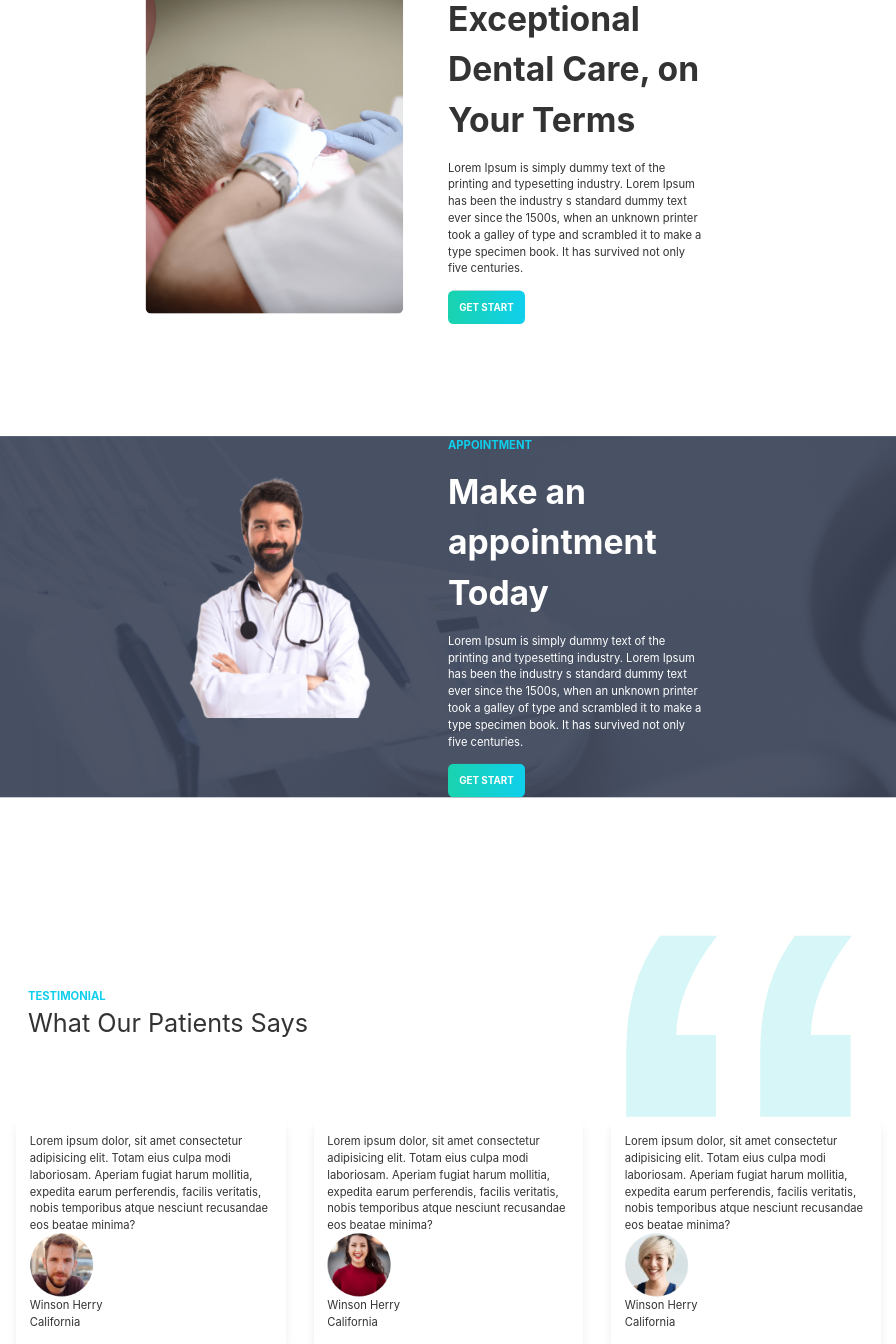
Repository: shikubro90/doctorsportal
Page: /
The author's editor kept a copy of each file at every save. The page is drawn from the files as they stood at one save, then again after the next save.
The browser window is 1280 px wide. The pictures show the part of the page from y = 1820 to 3740 px (the page is 3740 px tall), at 70% of full size.
The project was rebuilt for these pictures with package versions that can differ from the ones it lists, and the page was loaded fresh each time. Also part of the build but not shown: src/App.css, src/Pages/About/About.jsx.

Above is the page before, as saved 2022-10-02 10:06:08.

### src/App.js
import { Route, Routes } from 'react-router-dom';
import './App.css';
import About from './Pages/About/About';
import Home from './Pages/Home/Home';
import Navbar from './Shared/Navbar';

function App() {
  return (
    <div className="App">
      <Navbar/>
      <Routes>
        <Route path='/' element={<Home/>}/>
        <Route path='/home' element={<Home/>}/>
        <Route path='/about' element={<About/>}/>
      </Routes>
    </div>
  );
}

export default App;

### src/Pages/Home/Home.jsx
import React from 'react'
import AppointmentSection from './AppointmentSection'
import Banner from './Banner'
import BasicInfo from './BasicInfo'
import ServiceSection from './ServiceSection'
import TestimonialSection from './TestimonialSection'

const Home = () => {
  return (
    <div>
      <Banner />
      <BasicInfo/>
      <ServiceSection/>
      <AppointmentSection/>
      <TestimonialSection/>
    </div>
  )
}

export default Home

### src/Shared/Navbar.jsx
import React from 'react'
import { Link } from 'react-router-dom'

const Navbar = () => {
  return (
    <div className="px-20">
      <div className="navbar bg-base-100">
        <div className="navbar-start">
          <div className="dropdown">
            <label tabIndex={0} className="btn btn-ghost lg:hidden">
              <svg
                xmlns="http://www.w3.org/2000/svg"
                className="h-5 w-5"
                fill="none"
                viewBox="0 0 24 24"
                stroke="currentColor"
              >
                <path
                  strokeLinecap="round"
                  strokeLinejoin="round"
                  strokeWidth="2"
                  d="M4 6h16M4 12h8m-8 6h16"
                />
              </svg>
            </label>
            <ul
              tabIndex={0}
              className="menu menu-compact dropdown-content mt-3 p-2 shadow bg-base-100 rounded-box w-52"
            >
              <li>
                <Link to="/home">Home</Link>
              </li>
              <li>
                <Link to="/about">About</Link>
              </li>
              <li>
                <Link to="/appointment">Appointment</Link>
              </li>
              <li>
                <Link to="/review">Reviews</Link>
              </li>
              <li>
                <Link to="/contact">Contact Us</Link>
              </li>
              <li>
                <Link to="/contact">Login</Link>
              </li>
            </ul>
          </div>
          <Link to="/" className='btn btn-ghost normal-case text-xl'>Doctors Portal</Link>
        </div>

        <div className="navbar-center hidden lg:flex">

          <ul className="menu menu-horizontal p-0 pl-20">
            <li>
              <Link to="/home">Home</Link>
            </li>
            <li>
              <Link to="/about">About</Link>
            </li>
            <li>
              <Link to="/appointment">Appointment</Link>
            </li>
            <li>
              <Link to="/review">Reviews</Link>
            </li>
            <li>
              <Link to="/contact">Contact Us</Link>
            </li>
            <li>
              <Link to="/contact">Login</Link>
            </li>
          </ul>

        </div>

      </div>

    </div>
  )
}

export default Navbar

### src/Pages/Home/AppointmentSection.jsx
import React from 'react'
import AppointmentCard from './AppointmentCard'

import { appointment } from '../../assets/resourse/Resourse.js'

const AppointmentSection = () => {
  return (
    <div>
      {appointment.map(
        ({ id, image, title, desc, style, button_text, shortTitle }) => {
          return (
            <AppointmentCard
              key={id}
              image={image}
              title={title}
              desc={desc}
              style={style}
              button_text={button_text}
              shortTitle={shortTitle}
            />
          )
        },
      )}
    </div>
  )
}

export default AppointmentSection

### src/Pages/Home/Banner.jsx
import React from 'react'
import heroImage from '../../assets/images/chair.png'
import ButtonPrimary from '../../Shared/ButtonPrimary'
import bg from '../../assets/images/bg.png'

function Banner() {
  return (
    <div>
      <div
        className="hero min-h-screen"
        style={{ background: `url(${bg})`, backgroundSize: 'cover' }}
      >
        <div className="hero-content flex flex-col lg:flex-row-reverse">
          <img
            src={heroImage}
            className="max-w-lg rounded-lg shadow-2xl"
            alt="bannerImage"
          />
          <div className="px-6">
            <h1 className="text-5xl font-bold uppercase">
              Your New Smile Starts Here
            </h1>
            <p className="py-6 ">
              Provident cupiditate voluptatem et in. Quaerat fugiat ut assumenda
              excepturi exercitationem quasi. In deleniti eaque aut repudiandae
              et a id nisi.
            </p>
            <ButtonPrimary>{'Get Started'}</ButtonPrimary>
          </div>
        </div>
      </div>
    </div>
  )
}

export default Banner

### src/Pages/Home/BasicInfo.jsx
import MiniCard from './MiniCard'
import { miniCard } from '../../assets/resourse/Resourse.js'

const BasicInfo = () => {
  return (
    <div className="flex items-center justify-center gap-5 px-5">
      {miniCard.map(({ id, icon, title, style, disc }) => {
        return (
          <MiniCard
            key={id}
            icon={icon}
            title={title}
            style={style}
            disc={disc}
          />
        )
      })}
    </div>
  )
}

export default BasicInfo

### src/Pages/Home/ServiceSection.jsx
import MiniServiceCard from './MiniServiceCard'
import { serviceMiniCard } from '../../assets/resourse/Resourse'

const ServiceSection = () => {
  return (
    <div className="serviceWrapp pt-40">
      <div className="flex items-center justify-center flex-col">
        <p className="text-primary font-bold uppercase">Our Service</p>
        <h2 className="text-3xl my-5">Service We Provide</h2>
      </div>
      <div className="flex items-center justify-center px-5 gap-5">
        {serviceMiniCard.map(({ id, icon, title, disc, style }) => {
          return (
            <MiniServiceCard
              key={id}
              icon={icon}
              title={title}
              disc={disc}
              style={style}
            />
          )
        })}
      </div>
    </div>
  )
}

export default ServiceSection

### src/Pages/Home/TestimonialSection.jsx
import React from 'react'
import TestimonialCard from './TestimonialCard'
import quote from '../../assets/icons/quote.svg'
import { testimonial } from '../../assets/resourse/Resourse.js'

const TestimonialSection = () => {
  return (
    <div className="testimonial">
      <div className="testimonialWrap">
        <div className="content">
          <div className="header flex items-center justify-between px-10">
            <div className="header_left">
              <div className="shortTitle uppercase text-primary font-bold">
                Testimonial
              </div>
              <div className="text-[36px]">What Our Patients Says</div>
            </div>
            <div className="header_right">
              <img src={quote} alt="quote" />
            </div>
          </div>
          <div className="body flex items-center justify-center gap-10">
            {testimonial.map(({ id, title, image, name, country, desc }) => {
              return (
                <TestimonialCard
                  key={id}
                  title={title}
                  image={image}
                  name={name}
                  country={country}
                  desc={desc}
                />
              )
            })}
          </div>
        </div>
      </div>
    </div>
  )
}

export default TestimonialSection

### src/Pages/Home/AppointmentCard.jsx
import ButtonPrimary from '../../Shared/ButtonPrimary'


const AppointmentCard = (props) => {

  const { image, title, desc, style, button_text, shortTitle } = props

  return (
    <section className={`my-[160px]`} style={{background: `url(${style})`}}>
      <div className={`wrapper flex items-center px-52 ${style}`}>
        <div className="image flex-1">
          <img className={`rounded-lg ${style && "mt-[-60px]"}`} src={image} alt="bannerImage" />
        </div>
        <div className="details flex-1 flex justify-center flex-col px-16 gap-5">
          <div className="shortTitle uppercase text-primary font-bold">{shortTitle}</div>
          <div className={`title font-bold text-[48px] ${style && "text-white"}`}>{title}</div>
          <div className={`desc ${style && "text-white"}`}>{desc}</div>
          <ButtonPrimary>{button_text}</ButtonPrimary>
        </div>
      </div>
    </section>
  )
}

export default AppointmentCard

### src/assets/resourse/Resourse.js
import clock from '../icons/clock.svg'
import marker from '../icons/marker.svg'
import phone from '../icons/phone.svg'

import cavity from '../images/cavity.png'
import fluorid from '../images/fluoride.png'
import whitening from '../images/whitening.png'

import doctor from '../images/doctor-small.png'
import treatment from '../images/treatment.png'

import bgImage from '../images/appointment.png'


import people1 from '../images/people1.png'
import people2 from '../images/people2.png'
import people3 from '../images/people3.png'

export const miniCard = [
  {
    id: 0,
    icon: clock,
    title: 'Opening Hours',
    disc: 'Lorem Ipsum is simply dummy text of the pri',
    style: 'bg-gradient-to-r from-secondary to-primary text-white',
  },

  {
    id: 1,
    icon: marker,
    title: 'Visit our location',
    disc: 'Lorem Ipsum is simply dummy text of the pri',
    style: 'bg-[#3A4256] text-white',
  },

  {
    id: 2,
    icon: phone,
    title: 'Contact us now',
    disc: 'Lorem Ipsum is simply dummy text of the pri',
    style: 'bg-gradient-to-r from-secondary to-primary text-white',
  },
]

export const serviceMiniCard = [
  {
    id: 0,
    icon: cavity,
    title: 'Fluoride Treatment',
    disc:
      'Lorem Ipsum is simply dummy printing and typesetting indust Ipsum has been the',
    style: '',
  },
  {
    id: 1,
    icon: fluorid,
    title: 'Cavity Filling',
    disc:
      'Lorem Ipsum is simply dummy printing and typesetting indust Ipsum has been the',
    style: '',
  },
  {
    id: 2,
    icon: whitening,
    title: 'Teeth Whitening',
    disc:
      'Lorem Ipsum is simply dummy printing and typesetting indust Ipsum has been the',
    style: '',
  },
]

export const appointment = [
  {
    id: 0,
    image: treatment,
    title: 'Exceptional Dental Care, on Your Terms',
    desc:
      'Lorem Ipsum is simply dummy text of the printing and typesetting industry. Lorem Ipsum has been the industry s standard dummy text ever since the 1500s, when an unknown printer took a galley of type and scrambled it to make a type specimen book. It has survived not only five centuries.',
    button_text: 'Get Start',
    style: '',
  },
  {
    id: 1,
    image: doctor,
    shortTitle: 'Appointment',
    title: 'Make an appointment Today',
    desc:
      'Lorem Ipsum is simply dummy text of the printing and typesetting industry. Lorem Ipsum has been the industry s standard dummy text ever since the 1500s, when an unknown printer took a galley of type and scrambled it to make a type specimen book. It has survived not only five centuries.',
    button_text: 'Get Start',
    style: bgImage,
  },
]

export const testimonial = [
    {
        id : 0,
        desc : "Lorem ipsum dolor, sit amet consectetur adipisicing elit. Totam eius culpa modi laboriosam. Aperiam fugiat harum mollitia, expedita earum perferendis, facilis veritatis, nobis temporibus atque nesciunt recusandae eos beatae minima?",
        image : people1,
        name : "Winson Herry",
        country : "California"
    },
    {
        id : 1,
        desc : "Lorem ipsum dolor, sit amet consectetur adipisicing elit. Totam eius culpa modi laboriosam. Aperiam fugiat harum mollitia, expedita earum perferendis, facilis veritatis, nobis temporibus atque nesciunt recusandae eos beatae minima?",
        image : people2,
        name : "Winson Herry",
        country : "California"
    },
    {
        id : 2,
        desc : "Lorem ipsum dolor, sit amet consectetur adipisicing elit. Totam eius culpa modi laboriosam. Aperiam fugiat harum mollitia, expedita earum perferendis, facilis veritatis, nobis temporibus atque nesciunt recusandae eos beatae minima?",
        image : people3,
        name : "Winson Herry",
        country : "California"
    },
]

### src/Shared/ButtonPrimary.jsx
function ButtonPrimary({ children }) {

  return (
    <div>
      <button className={`btn bg-gradient-to-r from-secondary to-primary border-none font-bold text-white`}>
        {children}
      </button>
    </div>
  )
}

export default ButtonPrimary

### src/Pages/Home/MiniCard.jsx
const MiniCard = (props) => {
  const { icon, title, style, disc } = props
  return (
    <div
      className={`card card-side bg-base-100 shadow-xl flex items-center justify-center px-4 ${style}`}
    >
      <div className="">
        <img src={icon} alt="icon" />
      </div>
      <div className="card-body">
        <h2 className="card-title">{title}</h2>
        <p>{disc}</p>
      </div>
    </div>
  )
}

export default MiniCard

### src/Pages/Home/MiniServiceCard.jsx
const MiniServiceCard = (props) => {
  const { icon, title, disc } = props
  return (
    <div className="cardWrapper flex flex-col items-center justify-center p-6 py-20  gap-5 shadow-lg rounded-lg">
      <div className="icon">
        <img src={icon} alt="" />
      </div>
      <div className="title">{title}</div>
      <div className="desc text-center px-16">{disc}</div>
    </div>
  )
}

export default MiniServiceCard

### src/Pages/Home/TestimonialCard.jsx
import React from 'react'

const TestimonialCard = (props) => {
    const {desc,image, name, country} = props
  return (
    <div className='mainCard w-[385px] shadow-lg p-5'>
        <div className="CardBody flex flex-col">
            <div className="desc">
                <p>{desc}</p>
            </div>
            <div className="bio">
                <img src={image} alt="" />
                <div className="info">
                    <h4>{name}</h4>
                    <p>{country}</p>
                </div>
            </div>
        </div>
    </div>
  )
}

export default TestimonialCard

### tailwind.config.js
/** @type {import('tailwindcss').Config} */

module.exports = {
  content: ['./src/**/*.{js,jsx,ts,tsx}'],
  theme: {},
  daisyui: {
    themes: [
      {
        doctorstheme: {
          primary: '#0FCFEC',
          secondary: '#19D3AE',
          accent: '#3A4256',
          neutral: '#3d4451',
          'base-100': '#ffffff',
        },
      },
      'light',
      'cupcake',
    ],
  },
  plugins: [require('daisyui')],
}

Loaded but not shown: public/index.html (common file); src/index.js (common file); src/index.css (common file); src/reportWebVitals.js (common file)

After the next save:
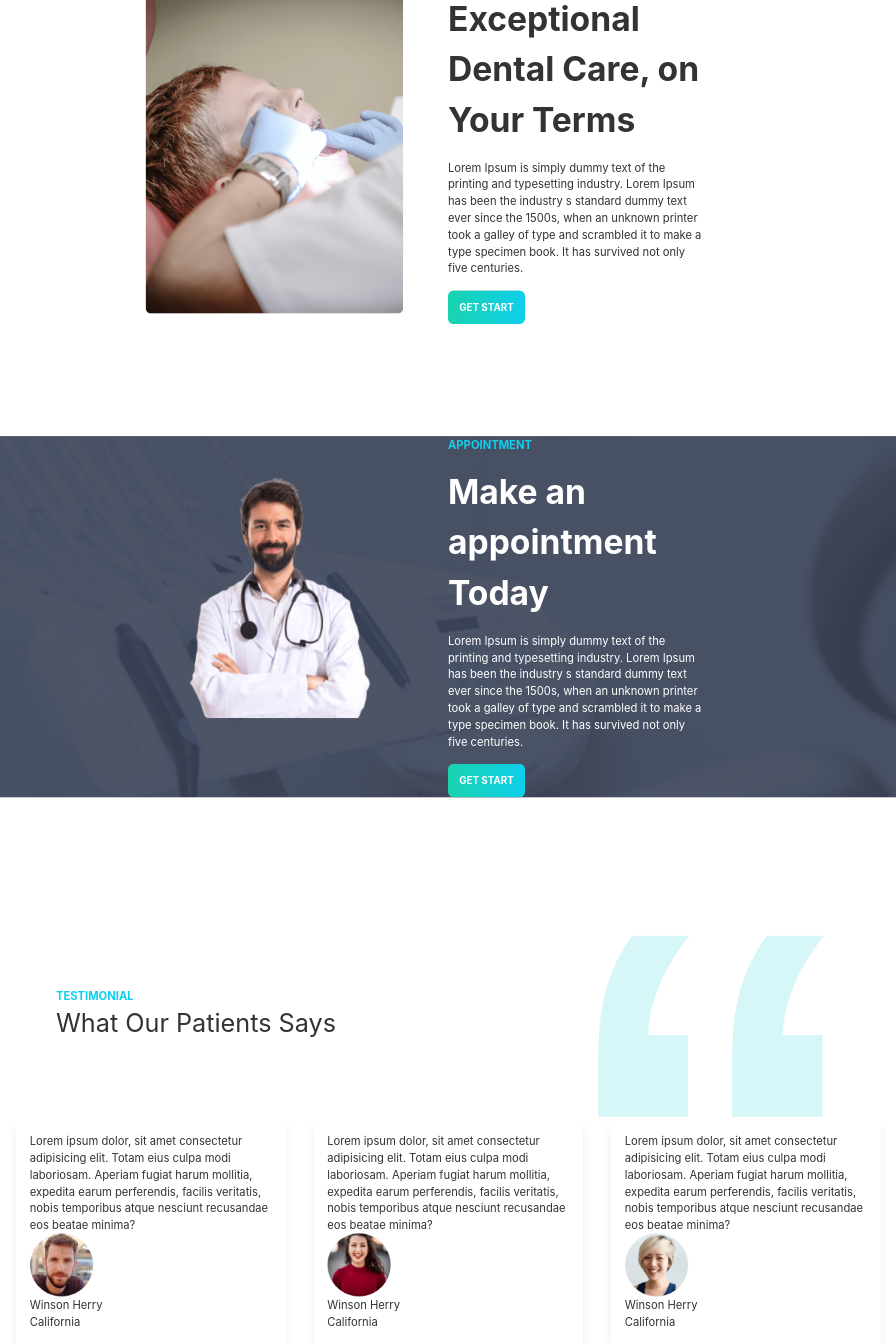
Saved 15 s later.
--- a/src/Pages/Home/TestimonialSection.jsx
+++ b/src/Pages/Home/TestimonialSection.jsx
@@ -8,7 +8,7 @@ const TestimonialSection = () => {
     <div className="testimonial">
       <div className="testimonialWrap">
         <div className="content">
-          <div className="header flex items-center justify-between px-10">
+          <div className="header flex items-center justify-between px-20">
             <div className="header_left">
               <div className="shortTitle uppercase text-primary font-bold">
                 Testimonial
